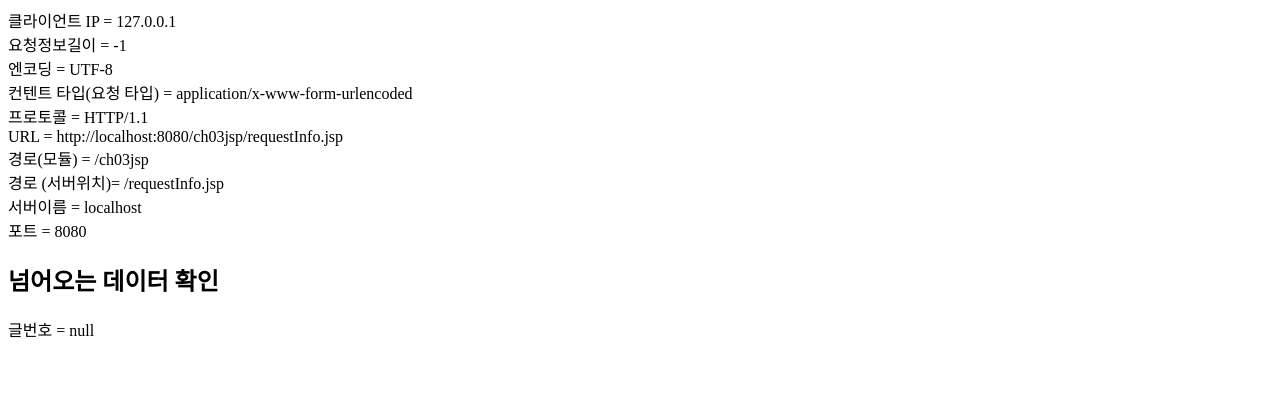
Repository: xo461/test
Page: http://localhost/ch03jsp/requestInfo.jsp
These files come from the project's save history. The page is drawn as it stood at one moment and after the next save; the edit follows.
The browser window is 1280 px wide. The pictures show the whole page.
The page is served by Tomcat 9.

Above is the page before, as saved 2019-11-13 02:13:14.

### jsp/ch03jsp/WebContent/requestInfo.jsp
<%@ page language="java" contentType="text/html; charset=UTF-8"
    pageEncoding="UTF-8"%>
<!DOCTYPE html>
<html>
<head>
<meta http-equiv="Content-Type" content="text/html; charset=UTF-8">
<title>클라이언트 및 서버 정보 </title>
</head>
<body>
<!-- JSP 기본객체 : JSP 프로그램에서 생성을 하지 않더라도 이미 생성이 되어서 사용 할 수 있는 객체 변수 예)request -->
클라이언트 IP = <%= request.getRemoteAddr()%><br/>
<% System.out.println(request.getRemoteAddr()); %>
요청정보길이 = <%= request.getContentLengthLong() %><br/>
<!-- 한글처리 utf-8 -->
<% request.setCharacterEncoding("utf-8"); %>
엔코딩 = <%= request.getCharacterEncoding() %><br/>
컨텐트 타입(요청 타입) = <%= request.getContentType() %><br/>
프로토콜 = <%= request.getProtocol() %><br/>
URL = <%= request.getRequestURL() %><br/>
경로(모듈) = <%= request.getContextPath() %><br/>
경로 (서버위치)= <%= request.getServletPath() %><br/>
서버이름 = <%= request.getServerName() %><br/>
포트 = <%= request.getServerPort() %><br/>
<h2> 넘어오는 데이터 확인 </h2>
글번호 = <%= request.getParameter("no") %><br/>

</body>
</html>

After the next save:
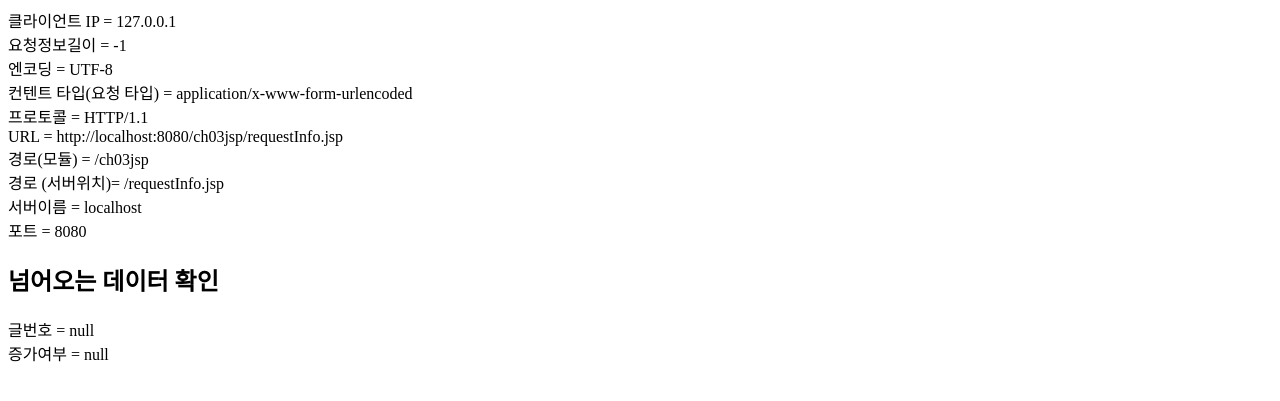
Saved 28 s later.
--- a/jsp/ch03jsp/WebContent/requestInfo.jsp
+++ b/jsp/ch03jsp/WebContent/requestInfo.jsp
@@ -23,6 +23,7 @@ URL = <%= request.getRequestURL() %><br/>
 포트 = <%= request.getServerPort() %><br/>
 <h2> 넘어오는 데이터 확인 </h2>
 글번호 = <%= request.getParameter("no") %><br/>
+증가여부 = <%= request.getParameter("cnt") %><br/>
 
 </body>
 </html>
